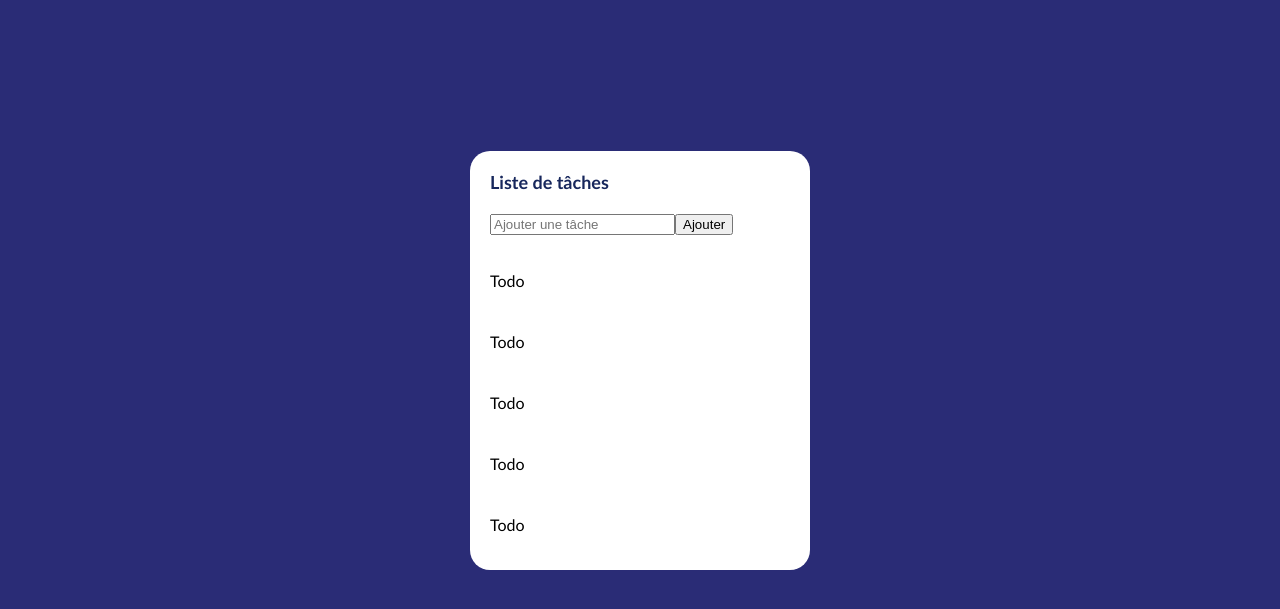
Repository: ndiemenguer/convertisseur
Page: / (app in todo-isep/)
These files come from the project's save history. The page is drawn as it stood at one moment and after the next save; the edit follows.
The browser window is 1280 px wide. The pictures show the whole page.
The project was rebuilt for these pictures with package versions that can differ from the ones it lists, and the page was loaded fresh each time. Also part of the build but not shown: todo-isep/vite.config.js, todo-isep/src/Application.jsx, todo-isep/src/index.css.

Above is the page before, as saved 2023-05-06 12:15:53.

After the next save:
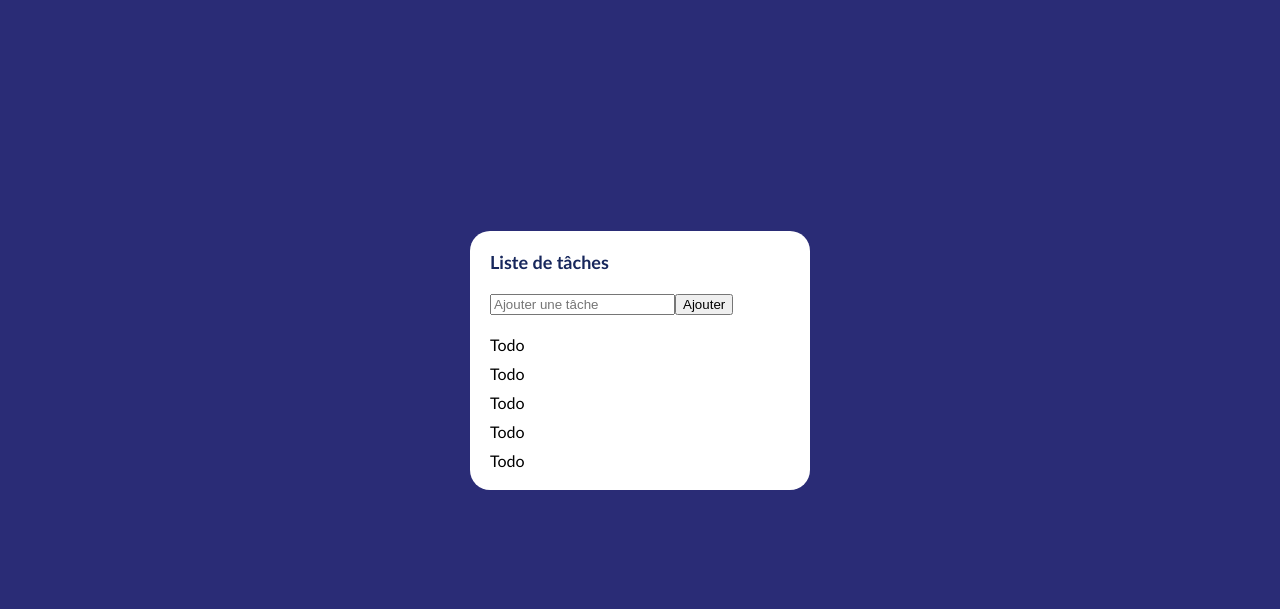
Saved 18 s later.
--- a/todo-isep/src/App.jsx
+++ b/todo-isep/src/App.jsx
@@ -10,11 +10,11 @@ function App() {
           <button>Ajouter</button>
         </div>
         <div className="todo-list">
-          <p>Todo</p>
-          <p>Todo</p>
-          <p>Todo</p>
-          <p>Todo</p>
-          <p>Todo</p>
+          <div>Todo</div>
+          <div>Todo</div>
+          <div>Todo</div>
+          <div>Todo</div>
+          <div>Todo</div>
         </div>
       </main>
     </>
